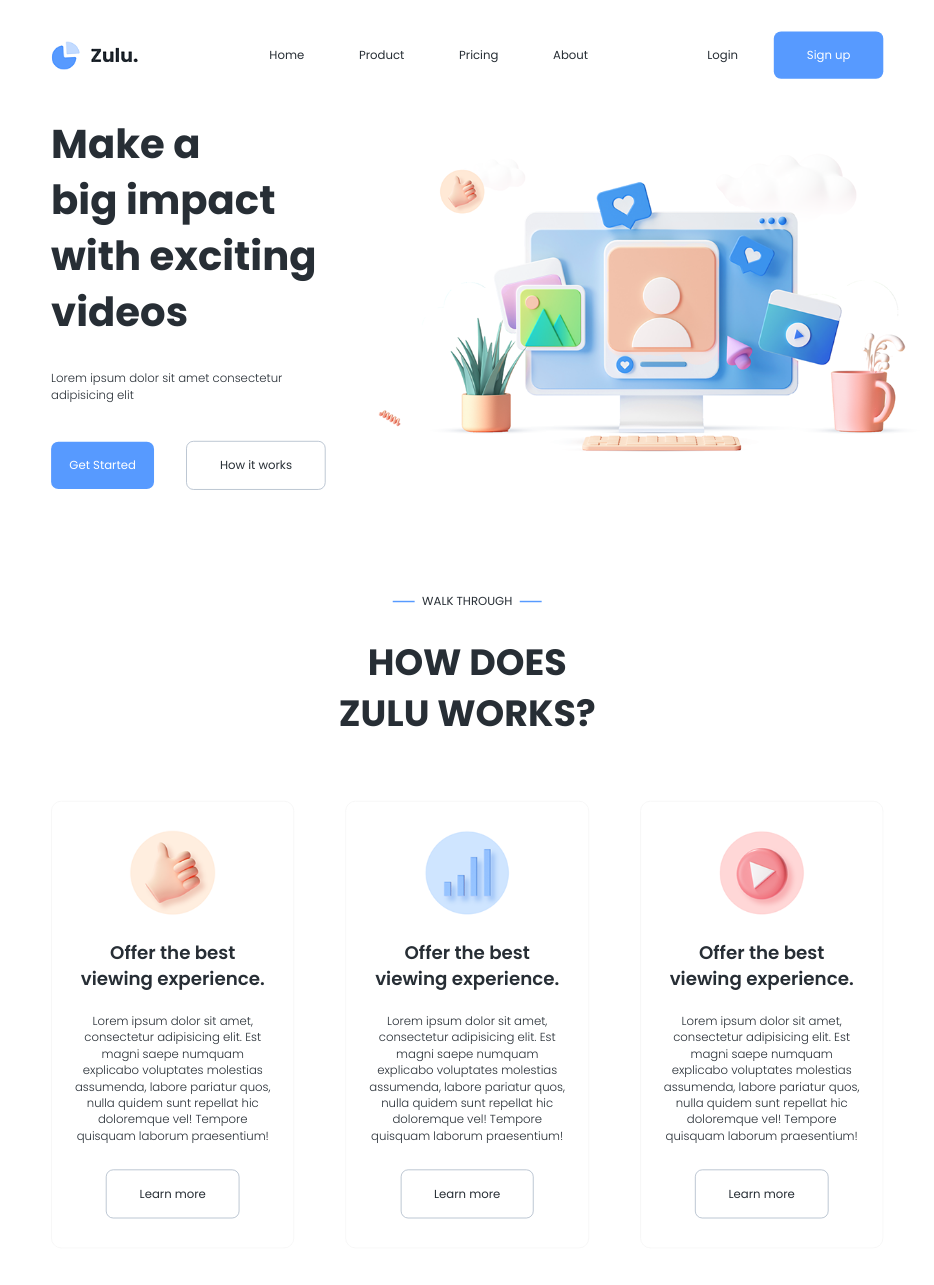
Repository: baodien1405/zulu-landing-page
Page: index.html
An editor plug-in stored every save of this project. The page is shown before and after the next save, followed by the edit.
The browser window is 1280 px wide. The pictures show the whole page, at 73% of full size.
The style sheet was rebuilt from its Sass, Less or Tailwind sources for each picture, by a compiler version that may differ from the author's.

Above is the page before, as saved 2021-06-22 16:54:42.

After the next save:
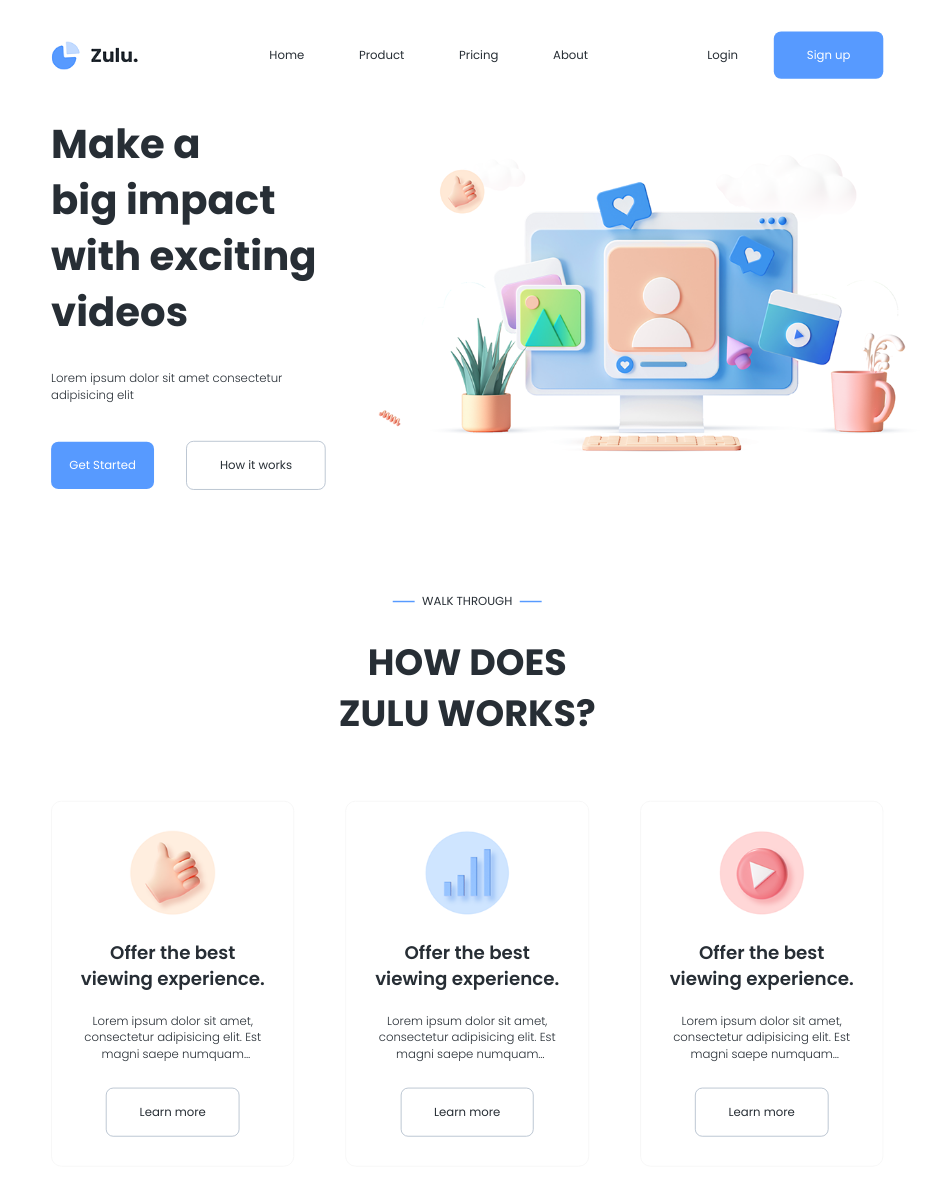
Saved 3 min 36 s later.
--- a/_work.scss
+++ b/_work.scss
@@ -35,5 +35,10 @@
   &-desc {
     font-weight: 300;
     margin-bottom: 35px;
+    display: -webkit-box;
+    -webkit-line-clamp: 3;
+    -webkit-box-orient: vertical;
+    overflow: hidden;
+    text-overflow: ellipsis;
   }
 }
